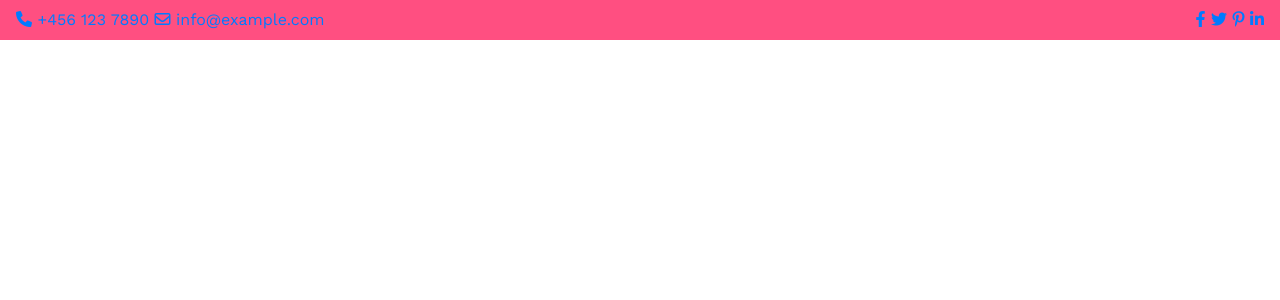
Repository: nguyenbinhminh/instruction_clone
Page: index.html
An editor plug-in stored every save of this project. The page is shown before and after the next save, followed by the edit.
The browser window is 1280 px wide. The pictures show the whole page.

Above is the page before, as saved 2021-09-29 21:34:44.

### index.html
<!DOCTYPE html>
<html lang="en">
	<head>
		<meta charset="UTF-8" />
		<meta http-equiv="X-UA-Compatible" content="IE=edge" />
		<meta name="viewport" content="width=device-width, initial-scale=1.0" />
		<title>Instruction</title>

		<!-- FONT GOOGLE -->
		<link rel="preconnect" href="https://fonts.googleapis.com" />
		<link rel="preconnect" href="https://fonts.gstatic.com" crossorigin />
		<link
			href="https://fonts.googleapis.com/css2?family=Work+Sans:ital,wght@0,100;0,200;0,300;0,400;0,500;0,600;0,700;0,800;0,900;1,100;1,200;1,300;1,400;1,500;1,600;1,700;1,800;1,900&display=swap"
			rel="stylesheet"
		/>

		<!-- FONT AWESOME -->
		<link
			rel="stylesheet"
			href="https://cdnjs.cloudflare.com/ajax/libs/font-awesome/6.0.0-beta2/css/all.min.css"
			integrity="sha512-YWzhKL2whUzgiheMoBFwW8CKV4qpHQAEuvilg9FAn5VJUDwKZZxkJNuGM4XkWuk94WCrrwslk8yWNGmY1EduTA=="
			crossorigin="anonymous"
			referrerpolicy="no-referrer"
		/>

		<!-- BOOTTRAP -->
		<link rel="stylesheet" href="./css/bootstrap.min.css" />

		<!-- MAIN CSS -->
		<link rel="stylesheet" href="./css/index.css" />
	</head>
	<body>
		<!-- HEADER -->
		<header>
			<div class="header__top container-fluid">
				<div class="header__left">
					<a href="tel:+456 123 7890">
						<i class="fas fa-phone"></i>
						<span>+456 123 7890</span>
					</a>
					<a href="mailto:info@example.com">
						<i class="far fa-envelope"></i>
						<span>info@example.com</span>
					</a>
				</div>
				<div class="header__right">
					<a href="#">
						<i class="fab fa-facebook-f"></i>
					</a>
					<a href="#">
						<i class="fab fa-twitter"></i>
					</a>
					<a href="#">
						<i class="fab fa-pinterest-p"></i>
					</a>
					<a href="#">
						<i class="fab fa-linkedin-in"></i>
					</a>
				</div>
			</div>
		</header>
		<!-- CAROUSEL -->
		<section class="instruction-carousel"></section>
		<!-- WELCOM -->
		<section class="welcome"></section>
		<!-- OUR STATS -->
		<section class="stats"></section>
		<!-- OFFER -->
		<section class="offer"></section>
		<!-- Testimonials -->
		<section class="testimonials"></section>
		<!-- NEWS -->
		<section class="news"></section>
		<!-- FOOTER -->
		<footer></footer>

		<!-- jQuery -->
		<script src="./js/jquery-3.6.0.min.js"></script>
		<!-- BOOTSTRAP -->
		<script src="./js/bootstrap.bundle.min.js"></script>
	</body>
</html>

### css/index.css
html {
	box-sizing: border-box;
	font-size: 62.5%;
}
body {
	font-size: 1.6rem;
	font-family: "Work Sans", sans-serif;
	font-weight: normal;
}
/* HEADER */
.header__top {
	background-color: #ff4f81;
	padding: 0.8rem 1.6rem;
	display: flex;
	justify-content: space-between;
}

Loaded but not shown: css/bootstrap.min.css (library); js/jquery-3.6.0.min.js (library); js/bootstrap.bundle.min.js (library)

After the next save:
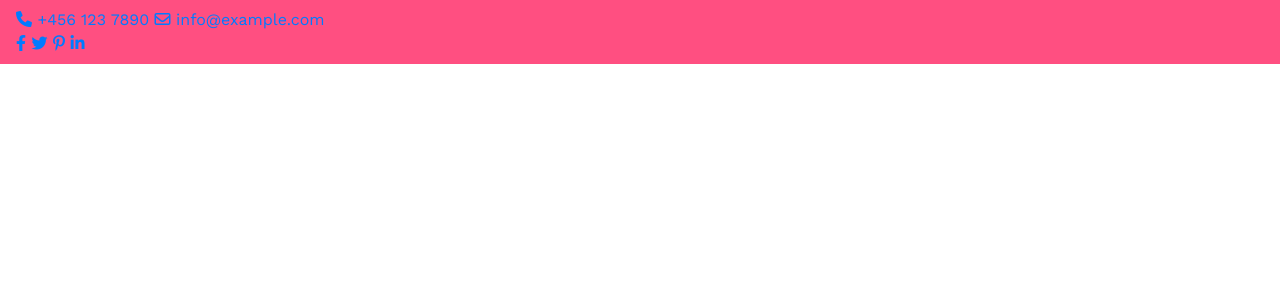
Saved 43 s later.
--- a/css/index.css
+++ b/css/index.css
@@ -11,6 +11,4 @@ body {
 .header__top {
 	background-color: #ff4f81;
 	padding: 0.8rem 1.6rem;
-	display: flex;
-	justify-content: space-between;
 }

After the 2 saves that followed:
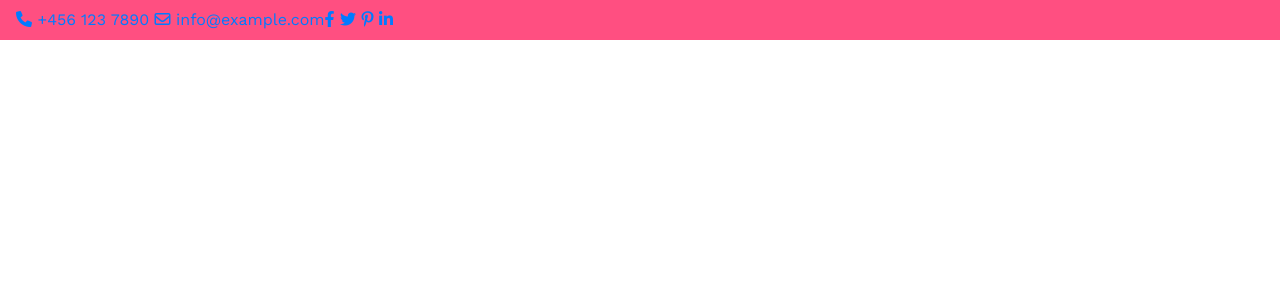
The 2 saves are shown as one change because 1 left the picture as it was.
The last was saved 41 s later.
--- a/index.html
+++ b/index.html
@@ -32,7 +32,7 @@
 	<body>
 		<!-- HEADER -->
 		<header>
-			<div class="header__top container-fluid">
+			<div class="header__top d-flex container-fluid">
 				<div class="header__left">
 					<a href="tel:+456 123 7890">
 						<i class="fas fa-phone"></i>
